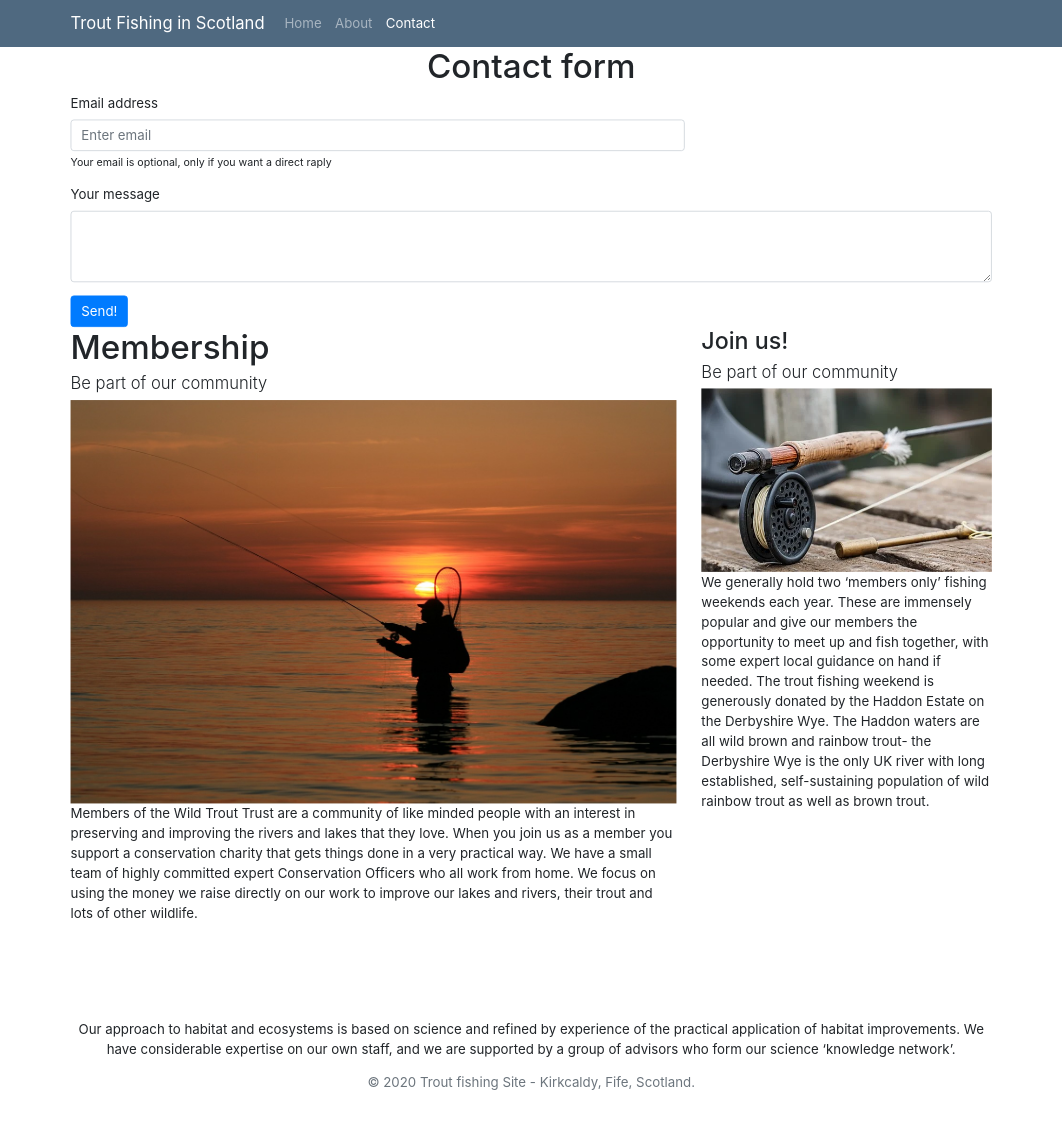
Repository: adrian9211/College_project
Page: contact.html
The author's editor kept a copy of each file at every save. The page is drawn from the files as they stood at one save, then again after the next save.
The browser window is 1280 px wide. The pictures show the whole page, at 83% of full size.

Above is the page before, as saved 2020-11-04 10:28:19.

### contact.html
<!doctype html>
<html lang="en">
  <head>
    <!-- Required meta tags -->
    <meta charset="utf-8">
    <meta name="viewport" content="width=device-width, initial-scale=1, shrink-to-fit=no">

    <!-- Bootstrap CSS -->
    <link rel="stylesheet" href="https://cdn.jsdelivr.net/npm/bootstrap@4.5.3/dist/css/bootstrap.min.css" integrity="sha384-TX8t27EcRE3e/ihU7zmQxVncDAy5uIKz4rEkgIXeMed4M0jlfIDPvg6uqKI2xXr2" crossorigin="anonymous">
    <link rel="stylesheet" href="css/style.css">

    <title>Trout fishing in Scotland</title>
  </head>
  <body>
       <!-- Navigation  bar start -->
       <nav class="navbar navbar-expand-sm navbar-dark sticky-top" role="navigation" id="navbar2" style="background-color: #4F6980;">
        <div class="container">
          <a href="index.html"><span class="navbar-brand">Trout Fishing in Scotland</span></a>
          <button class="navbar-toggler" data-toggle="collapse" data-target="#collapse_target">
            <span class="navbar-toggler-icon"></span>
          </button>
          <div class="collapse navbar-collapse" id="collapse_target">
          <ul class="navbar-nav " >
            <li class="nav-item ">
              <a class="nav-link " href="index.html">Home </a>
            </li>
            <li class="nav-item ">
              <a class="nav-link " href="about.html">About</a>
            </li>
            <li class="nav-item active">
              <a class="nav-link " href="contact.html">Contact</a>
            </li>
          </ul>
        </div>
        </div>
      </nav>
      <!-- Navigation  bar end -->
      <!-- Contact form start -->
      <div class="container">
      <form action="mailto:adrian9211@gmail.com" method="POST" class="form">
        <h1 class="text-center">Contact form</h1>
          <div class="form-group">
            <label for="inputEmail4">Email address</label>
            <input type="email" class="form-control col-sm-8" name="email" placeholder="Enter email">
            <div class="valid-feedback">Looking nice</div>
            <div class="invalid-feedback">Please, enter a valid email</div>
            <small >Your email is optional, only  if you want a direct raply</small>
          </div>
        <div class="form-group">
            <label for="exampleFormControlTextarea1">Your message</label>
            <textarea class="form-control" name="message" rows="3" required minlength="5"></textarea>
            <div class="valid-feedback">Looking nice</div>
            <div class="invalid-feedback">Please, type a message</div>
          </div>
        <button type="submit" class="btn btn-primary" onClick="window.location.reload();">Send!</button>
      </form>
    </div>
      <!-- Contact form end -->

      <!-- Main part start -->
      <div class="container">
        <div class="row">
          <div class="col-sm-8">
            <h1>
              Membership
            </h1>
            <h2 class="lead">Be part of our community</h2>
            <img src="img/large/angler-3308264_1280.jpg" alt="angler" class="img-fluid">
            <p>Members of the Wild Trout Trust are a community of like minded people with an interest in preserving and improving the rivers and lakes that they love. When you join us as a member you support a conservation charity that gets things done in a very practical way. We have a small team of highly committed expert Conservation Officers who all work from home. We focus on using the money we raise directly on our work to improve our lakes and rivers, their trout and lots of other wildlife. </p>
          </div>
          <div class="col-sm-4">
            <h3>
              Join us!
            </h3>
            <h2 class="lead">Be part of our community</h2>
            <img src="img/fly-fishing-474090__340.webp" alt="angler" class="img-fluid">
            <p>We generally hold two ​‘members only’ fishing weekends each year. These are immensely popular and give our members the opportunity to meet up and fish together, with some expert local guidance on hand if needed.

              The trout fishing weekend is generously donated by the Haddon Estate on the Derbyshire Wye. The Haddon waters are all wild brown and rainbow trout- the Derbyshire Wye is the only UK river with long established, self-sustaining population of wild rainbow trout as well as brown trout.</p>
          </div>
        </div>
      </div>
    <!-- Main part end -->
    </div>

    <footer class="footer text-center">
      <div class="container">
        <p class="customFooter">Our approach to habitat and ecosystems is based on science and refined by experience of the practical application of habitat improvements. We have considerable expertise on our own staff, and we are supported by a group of advisors who form our science ​‘knowledge network’.</p>
      <span class="text-muted">&copy; 2020 Trout fishing Site - Kirkcaldy, Fife, Scotland.</span>
      </div>
     </footer>
    <!-- Scripts for bootstrap -->
    <script src="https://code.jquery.com/jquery-3.5.1.slim.min.js" integrity="sha384-DfXdz2htPH0lsSSs5nCTpuj/zy4C+OGpamoFVy38MVBnE+IbbVYUew+OrCXaRkfj" crossorigin="anonymous"></script>
    <script src="https://cdn.jsdelivr.net/npm/bootstrap@4.5.3/dist/js/bootstrap.bundle.min.js" integrity="sha384-ho+j7jyWK8fNQe+A12Hb8AhRq26LrZ/JpcUGGOn+Y7RsweNrtN/tE3MoK7ZeZDyx" crossorigin="anonymous"></script>
  </body>
</html>

### css/style.css
.jumbotron {
    background-image: url("../img/trout.png");
    background-color: #79b3e6;
    background-size: cover;
    height: 40vh;
}

.alt {
    position: relative;
    top: -50px;
    color: #fff;
}

.navbar-text {
    font-size: 1.5rem;
    padding-right: 100px;
}

.customFooter {
    padding-top: 50px;
}

footer {
    padding-bottom: 50px;
    padding-top: 50px;
}

.contactMainHeading img {
    background-image: cover;

}

.carousel img{
    object-fit:cover;
    max-height: 500px;
}

After the next save:
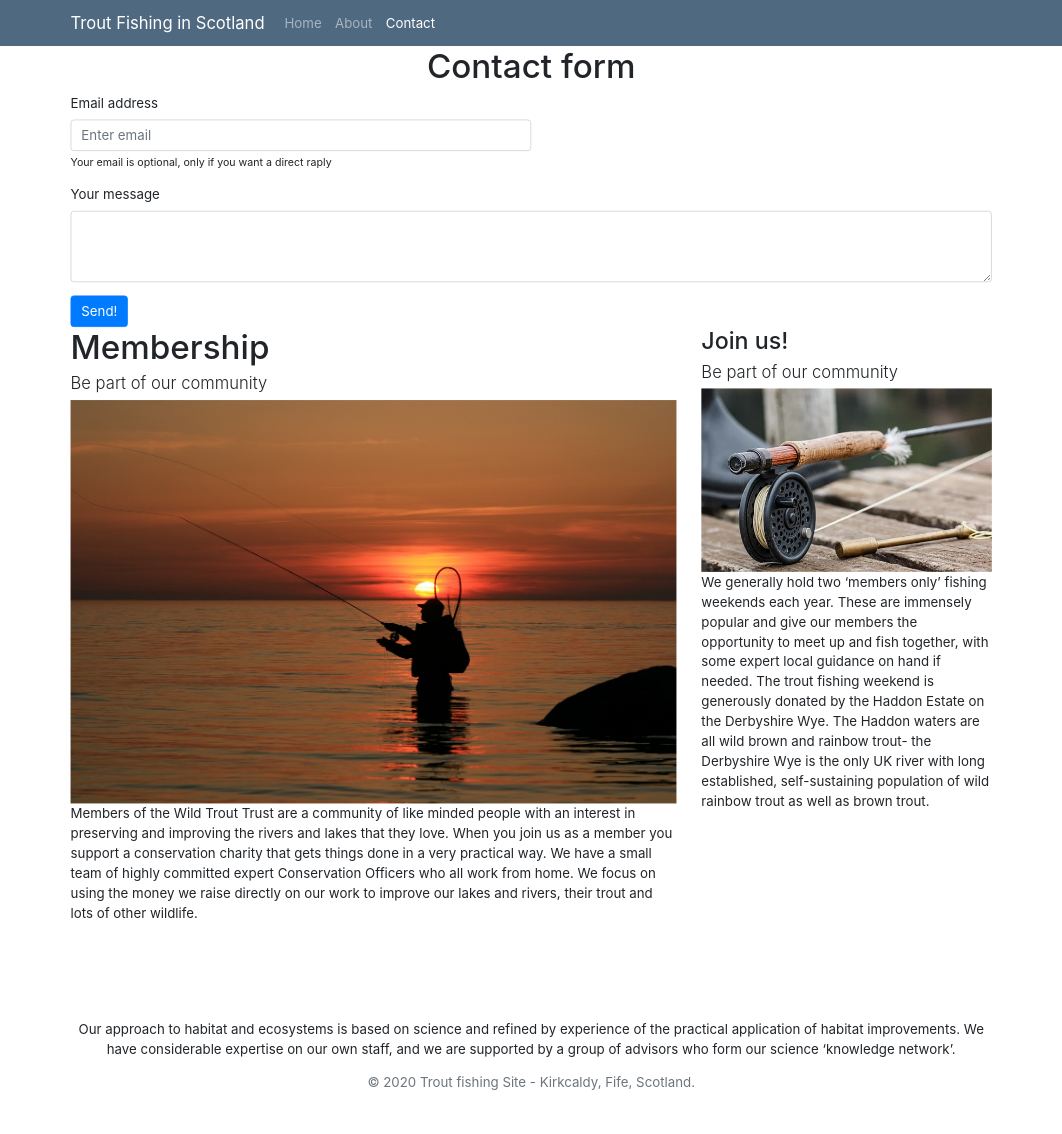
Saved 10 s later.
--- a/contact.html
+++ b/contact.html
@@ -41,7 +41,7 @@
         <h1 class="text-center">Contact form</h1>
           <div class="form-group">
             <label for="inputEmail4">Email address</label>
-            <input type="email" class="form-control col-sm-8" name="email" placeholder="Enter email">
+            <input type="email" class="form-control col-sm-6" name="email" placeholder="Enter email">
             <div class="valid-feedback">Looking nice</div>
             <div class="invalid-feedback">Please, enter a valid email</div>
             <small >Your email is optional, only  if you want a direct raply</small>
